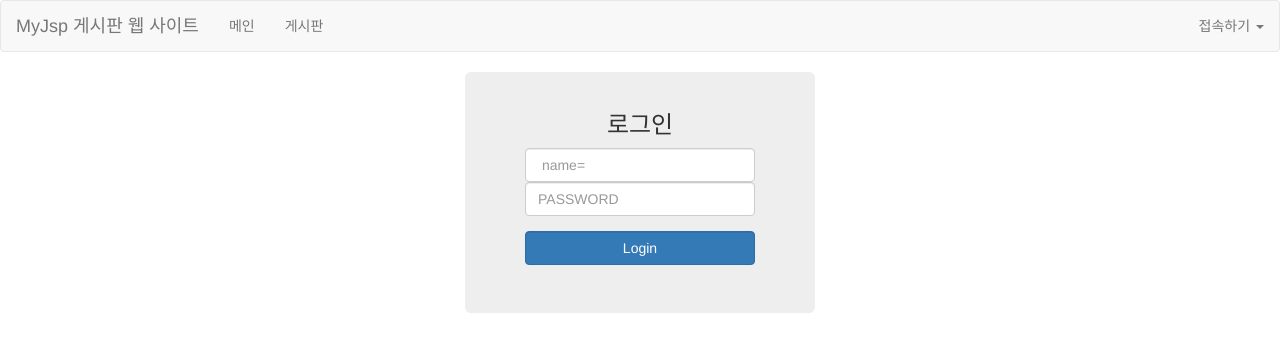
Repository: Ji3un/JspBoard
Page: http://localhost/BBS/login.jsp
These files come from the project's save history. The page is drawn as it stood at one moment and after the next save; the edit follows.
The browser window is 1280 px wide. The pictures show the whole page.
Some web libraries are served in a nearby version. The page is served by Tomcat 9. Other server files are loaded and not shown.

Above is the page before, as saved 2017-10-03 11:37:58.

### BBS/WebContent/login.jsp
<%@ page language="java" contentType="text/html; charset=UTF-8"
    pageEncoding="UTF-8"%>
<!DOCTYPE html>
<html>
<head>
<meta name="viewport" content="width=device-width", initial-scale="1">
<meta http-equiv="Content-Type" content="text/html; charset=UTF-8">
<link rel="stylesheet" href="css/bootstrap.css">
<title>Welcome</title>
</head>
<body>
	<nav class="navbar navbar-default">
		<div class="navbar-header">
			<button type="button" class="navbar-toggle collapsed"
			 data-toggle="collapse" data-target="#bs-example-navbar-collapse-1"
			 aria-expanded="false">
				<span class="icon-bar"></span>
				<span class="icon-bar"></span>
				<span class="icon-bar"></span>
			</button>
			<a class="navbar-brand" href="main.jsp">MyJsp 게시판 웹 사이트</a>
		</div>
		<div class="collapse navbar-collapse" id="#bs-example-navbar-collapse-1">
			<ul class="nav navbar-nav">
				<li><a href="main.jsp">메인</a></li>
				<li><a href="bbs.jsp">게시판</a></li>
			</ul>
			<ul class="nav navbar-nav navbar-right">
				<li class="dropdown">
					<a class="dropdown-toggle" data-toggle="dropdown"
					role="button" href="#" aria-haspopup="true" aria-expanded="false">
					접속하기 <span class="caret"></span>
					</a>
					<ul class="dropdown-menu">
						<li class="active"><a href="login.jsp">로그인</a></li>
						<li><a href="join.jsp">회원가입</a></li>
					</ul>
				</li>
			</ul>
		</div>
	</nav>
	<div class="container">
		<div class="col-lg-4"></div>
		<div class="col-lg-4">
			<div class="jumbotron" style="padding-top:20px;">
				<form method="post" action="loginAction.jsp">
					<h3 style="text-align:center;">로그인</h3>
					<div class="form-group">
						<input type="text" class="form-control" placeholder=" name="userID" maxlength="20">
						<input type="password" class="form-control" placeholder="PASSWORD" name="userPassword">
					</div>
					<input type="submit" class="btn btn-primary form-control" value="Login">
				</form>
			</div>
		</div>
		<div class="col-lg-4"></div>
	</div>
	<script src="https://code.jquery.com/jquery-3.2.1.min.js"></script>
	<script src="js/bootstrap.js"></script>
</body>
</html>

Loaded but not shown: BBS/WebContent/css/bootstrap.css (library); BBS/WebContent/js/bootstrap.js (library)

After the next save:
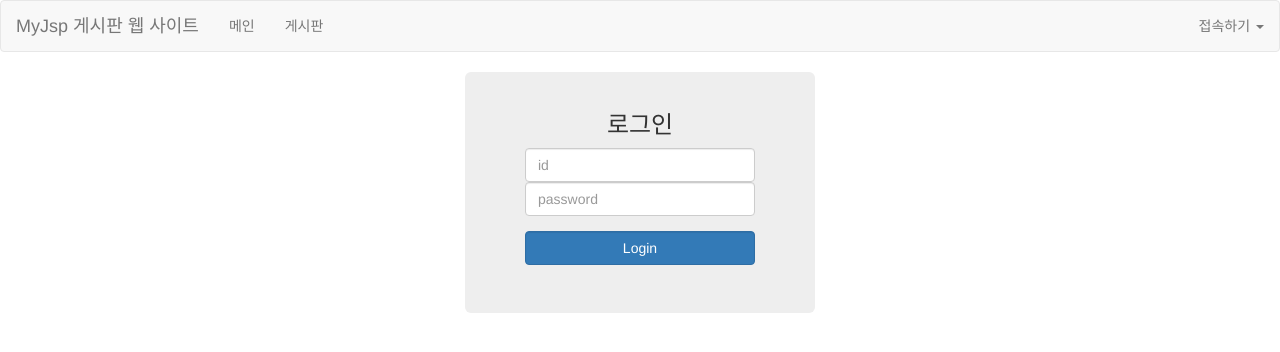
Saved 20 s later.
--- a/BBS/WebContent/login.jsp
+++ b/BBS/WebContent/login.jsp
@@ -46,8 +46,8 @@
 				<form method="post" action="loginAction.jsp">
 					<h3 style="text-align:center;">로그인</h3>
 					<div class="form-group">
-						<input type="text" class="form-control" placeholder=" name="userID" maxlength="20">
-						<input type="password" class="form-control" placeholder="PASSWORD" name="userPassword">
+						<input type="text" class="form-control" placeholder="id" name="userID" maxlength="20">
+						<input type="password" class="form-control" placeholder="password" name="userPassword">
 					</div>
 					<input type="submit" class="btn btn-primary form-control" value="Login">
 				</form>
